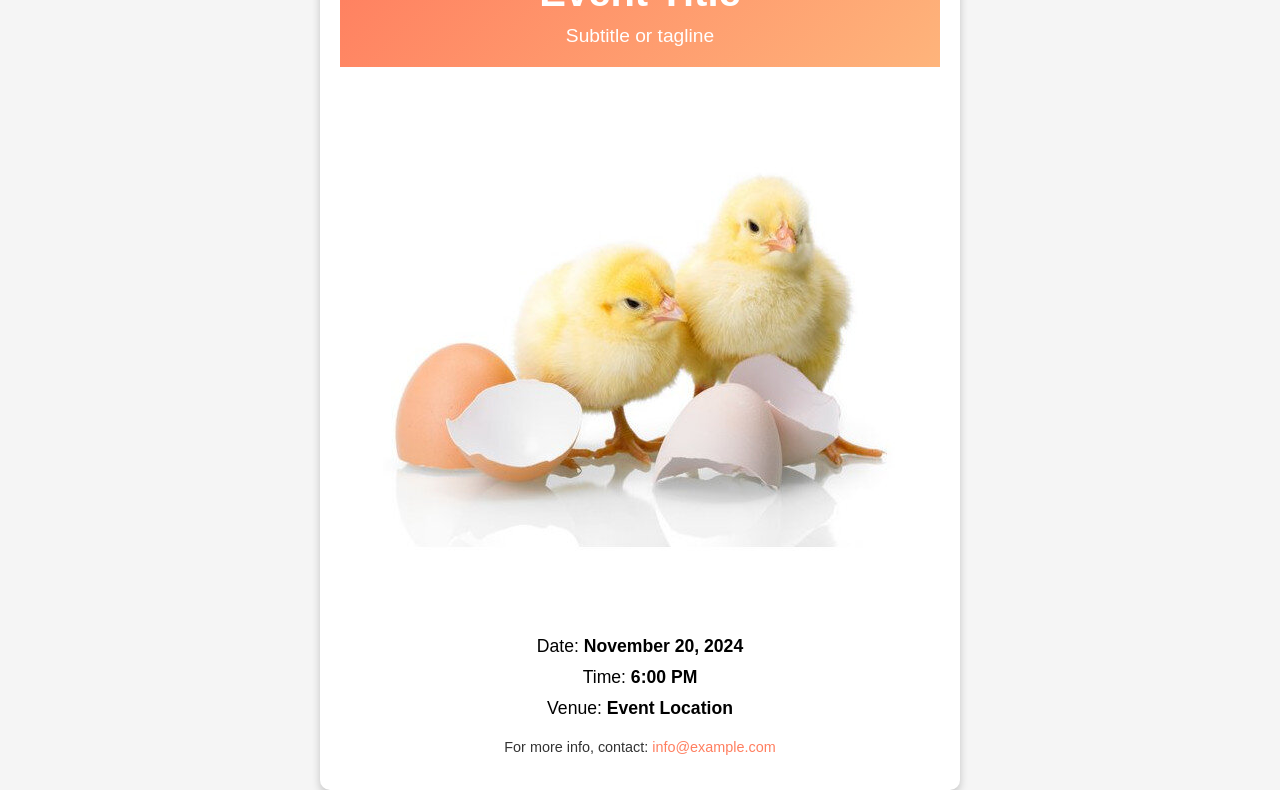
Repository: JOEL-GAYE/Animation-nav
Page: solution/poster/index.html
These files come from the project's save history. The page is drawn as it stood at one moment and after the next save; the edit follows.
The browser window is 1280 px wide. The pictures show the whole page.

Above is the page before, as saved 2024-11-16 16:42:57.

### solution/poster/index.html
<!DOCTYPE html>
<html lang="en">
<head>
  <meta charset="UTF-8">
  <meta name="viewport" content="width=device-width, initial-scale=1.0">
  <title>Poster</title>
  <link rel="stylesheet" href="index.css">
</head>
<body>
  <div class="poster">
    <header>
      <h1>Event Title</h1>
      <p class="subtitle">Subtitle or tagline</p>
    </header>
    <section class="main-content">
      <img src="./assests/ndogo.jpg" alt="Event Image">
      <p>Date: <strong>November 20, 2024</strong></p>
      <p>Time: <strong>6:00 PM</strong></p>
      <p>Venue: <strong>Event Location</strong></p>
    </section>
    <footer>
      <p>For more info, contact: <a href="mailto:info@example.com">info@example.com</a></p>
    </footer>
  </div>
</body>
</html>

### solution/poster/index.css
/* General Reset */
body {
    margin: 0;
    font-family: Arial, sans-serif;
    background: #f5f5f5;
    display: flex;
    justify-content: center;
    align-items: center;
    height: 100vh;
  }

  .poster {
    background: #ffffff;
    width: 80%;
    max-width: 600px;
    border-radius: 10px;
    box-shadow: 0 4px 8px rgba(0, 0, 0, 0.2);
    padding: 20px;
    text-align: center;
  }

  /* Header */
  header {
    background: linear-gradient(135deg, #ff7e5f, #feb47b);
    color: #ffffff;
    padding: 20px;
    border-radius: 10px 10px 0 0;
  }

  header h1 {
    margin: 0;
    font-size: 2.5em;
  }

  header .subtitle {
    margin: 10px 0 0;
    font-size: 1.2em;
  }

  /* Main Content */
  .main-content {
    margin: 20px 0;
  }

  .main-content img {
    max-width: 100%;
    border-radius: 10px;
    margin-bottom: 20px;
  }

  .main-content p {
    margin: 10px 0;
    font-size: 1.1em;
  }

  /* Footer */
  footer {
    margin-top: 20px;
    font-size: 0.9em;
    color: #333;
  }

  footer a {
    color: #ff7e5f;
    text-decoration: none;
  }

  footer a:hover {
    text-decoration: underline;
  }

After the next save:
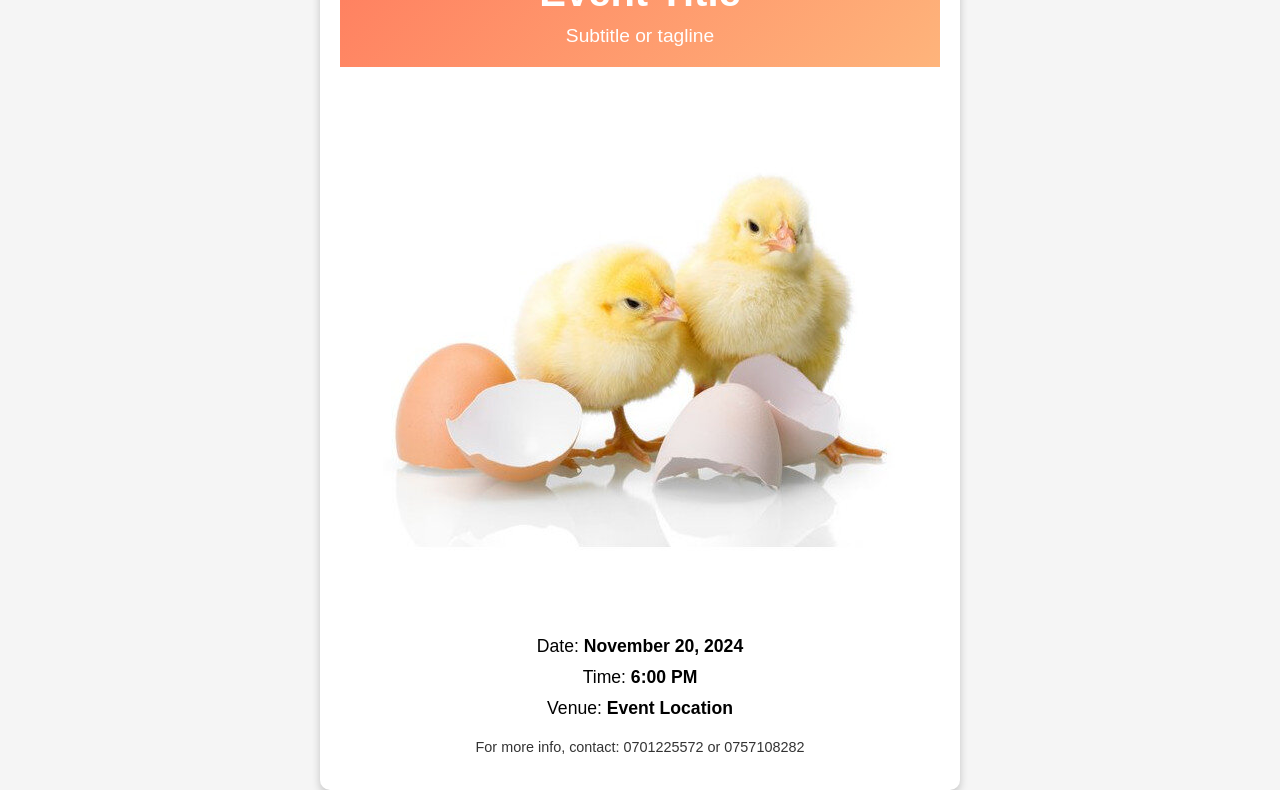
Saved 73 s later.
--- a/solution/poster/index.html
+++ b/solution/poster/index.html
@@ -19,7 +19,7 @@
       <p>Venue: <strong>Event Location</strong></p>
     </section>
     <footer>
-      <p>For more info, contact: <a href="mailto:info@example.com">info@example.com</a></p>
+      <p>For more info, contact: 0701225572 or 0757108282 </p>
     </footer>
   </div>
 </body>
